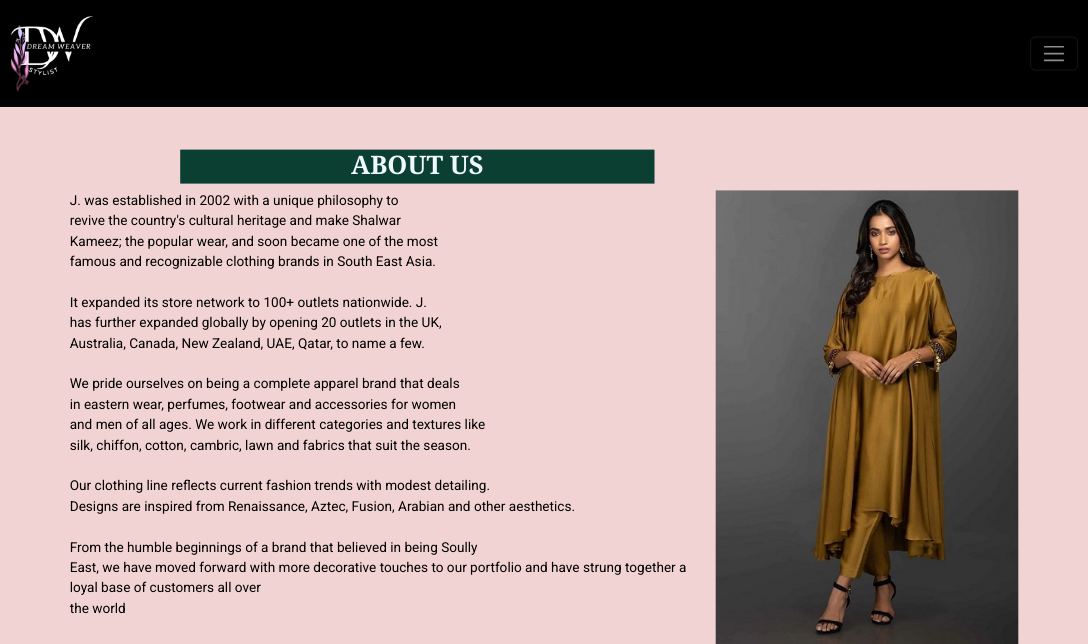
Repository: laibaashraf90/dreamweaver
Page: Source Code/detail.html
These files come from the project's save history. The page is drawn as it stood at one moment and after a run of saves; the edit follows.
The browser window is 1280 px wide. The pictures show the whole page, at 85% of full size.

Above is the page before, as saved 2022-10-29 17:24:56.
Console error: TypeError: Cannot set properties of null (setting 'innerHTML')

### Source Code/detail.html
<!DOCTYPE html>
<html lang="en">
  <head>
    <meta charset="UTF-8">
    <meta http-equiv="X-UA-Compatible" content="IE=edge">
    <meta name="viewport" content="width=device-width, initial-scale=1.0">
    <title>Document</title>
    <link rel="stylesheet" href="./bootstrap-5.2.2-dist/css/bootstrap.min.css">
    <link rel="stylesheet"
      href="https://cdnjs.cloudflare.com/ajax/libs/font-awesome/6.2.0/css/all.min.css">
    <link rel="stylesheet" href="style.css">
  </head>
  <body>
    <!-- Swiper Style start -->

    <!-- Demo styles -->
    <style>
      *{
        margin: 0;
        padding: 0;
      }
       html,

    body {
      position: relative;
      /* height: 100%; */
    }

    body {
      background: #f2d3d3;
      font-family: Helvetica Neue, Helvetica, Arial, sans-serif;
      /* font-size: 14px; */
      color: black;
      margin: 0;
      padding: 0;
    }

    .card {
      color: white;
      font-weight: bold;
      text-align: center;
    }

    .png {
      width: 100px;
      height: 100px;
      margin-bottom: 60%;
    }
 h1{
  background-color: #0B3F32;
    font-size: 30px;
    text-align: center;
    align-items: baseline;
    height: 40px;
    color: aliceblue;
    margin-top: 50px;
    margin-left: 130px;
    width: 50%;
    font-family: Cambria, Cochin, Georgia, Times, 'Times New Roman', serif;
 }
 /* .picdiv{
  background-color: #f2d3d3;
  margin-top: 60px;
  margin-left: 550px;
margin-bottom: 10px;
 } */
    </style>
    <!-- Nav Bar Start -->
    <nav></nav>
    <!-- Nav Bar End -->

    <div class="container">
      <h1>ABOUT US <br></h1>

      <div class="row">
        <div class="col-sm-8 m-0">
          <div class="m-0">J. was established in 2002 with a unique philosophy
            to<br>
            revive
            the country's cultural heritage and make
            Shalwar<br>Kameez; the popular wear, and soon became one of the most<br>famous
            and recognizable clothing
            brands in South East Asia.
            <br>
            <br>
            It expanded its store network to 100+ outlets nationwide. J.<br>has
            further expanded globally by opening 20
            outlets in the UK,<br>Australia, Canada, New Zealand, UAE, Qatar, to
            name a few.
            <br>
            <br>
            We pride ourselves on being a complete apparel brand that deals<br>in
            eastern wear, perfumes, footwear and
            accessories for women<br>and men of all ages. We work in different
            categories and textures like<br>silk,
            chiffon, cotton, cambric, lawn and fabrics that suit the season.
            <br>
            <br>
            Our clothing line reflects current fashion trends with modest
            detailing.<br>Designs are inspired from
            Renaissance, Aztec, Fusion, Arabian and other aesthetics.
            <br>
            <br>
            From the humble beginnings of a brand that believed in being Soully<br>East,
            we have moved forward with
            more decorative touches to our portfolio and have strung together a
            loyal base of customers all over<br>the
            world
          </div>
        </div>
        <div class="col-sm-4">
          <img style="width: 100%;" src="./imges/s1.jpg" alt="">
        </div>
      </div>
    </div>



    <!-- <div class="con">
      <div class="para">
        <h1>ABOUT US <br></h1>
        <h2>J. was established in 2002 with a unique philosophy to<br> revive
          the country's cultural heritage and make
          Shalwar<br>Kameez; the popular wear, and soon became one of the most<br>famous
          and recognizable clothing
          brands in South East Asia.
          <br>
          <br>
          It expanded its store network to 100+ outlets nationwide. J.<br>has
          further expanded globally by opening 20
          outlets in the UK,<br>Australia, Canada, New Zealand, UAE, Qatar, to
          name a few.
          <br>
          <br>
          We pride ourselves on being a complete apparel brand that deals<br>in
          eastern wear, perfumes, footwear and
          accessories for women<br>and men of all ages. We work in different
          categories and textures like<br>silk,
          chiffon, cotton, cambric, lawn and fabrics that suit the season.
          <br>
          <br>
          Our clothing line reflects current fashion trends with modest
          detailing.<br>Designs are inspired from
          Renaissance, Aztec, Fusion, Arabian and other aesthetics.
          <br>
          <br>
          From the humble beginnings of a brand that believed in being Soully<br>East,
          we have moved forward with
          more decorative touches to our portfolio and have strung together a
          loyal base of customers all over<br>the
          world
        </h2>
      </div>
      <div class="silk">
        <img src="./imges/s1.jpg" alt="">
      </div>
    </div> -->
    <!-- <div class="smallcard">
      <div class="div1"><img src="./imges/t1.jpg" alt=""></div>
      <div class="picdiv"><img src="./imges/t6.jpg" alt=""></div>
      <div class="div2"><img src="./imges/t2.jpg" alt=""></div>
      <div class="div3"><img src="./imges/thread.jpg" alt=""></div>
      <div class="div4"><img src="./imges/t4.jpg" alt=""></div>
      <div class="div5"><img src="./imges/t3.jpg" alt=""></div>
    </div> -->
    <!-- Footer Start -->
    <!-- <footer></footer> -->
    <!-- Footer End -->
    <script src="./bootstrap-5.2.2-dist/js/bootstrap.min.js"></script>
    <script src="js/header.js"></script>
    <script src="js/footer.js"></script>
  </body>
</html>

### Source Code/style.css
@import url('https://fonts.googleapis.com/css2?family=Roboto&display=swap');
*{
    user-select: none;
    box-sizing: border-box;
    margin: 0;
    padding: 0;
    transition: all 0.3s ease;
    text-decoration: none !important;
    font-family: 'Roboto', sans-serif;
}
html{
    scroll-behavior: smooth;
}
body{
    background-color: rgb(245, 208, 214);
}
nav{
    background-color: black !important;
}
nav .logo{
    width: 100px;
}
nav .navbar-toggler:focus{
    box-shadow: none;
}
.nav1{
    background-color: #0B3F32;
    margin-top: 50px;
    font-size: 25px;
    text-align: center;
    align-items: baseline;
    height: 40px;
    color: aliceblue;
    margin-left: 20px;
    margin-right: 20px;
    font-family: Cambria, Cochin, Georgia, Times, 'Times New Roman', serif;
}
.nav2{
    background-color: #0B3F32;
    font-size: 25px;
    text-align: center;
    align-items: baseline;
    height: 40px;
    color: aliceblue;
    margin-top: 40px;
    margin-left: 20px;
    margin-right: 20px;
    font-family: Cambria, Cochin, Georgia, Times, 'Times New Roman', serif;

}
.nav3{
    background-color: #0B3F32;
    font-size: 25px;
    text-align: center;
    align-items: baseline;
    height: 40px;
    color: aliceblue;
    margin-top: 50px;
    margin-left: 20px;
    margin-right: 20px;
    font-family: Cambria, Cochin, Georgia, Times, 'Times New Roman', serif;
}
.nav4{
    background-color: #0B3F32;
    font-size: 25px;
    text-align: center;
    align-items: baseline;
    height: 40px;
    color: aliceblue;
    margin-top: 40px;
    margin-left: 20px;
    margin-right: 20px;
    font-family: Cambria, Cochin, Georgia, Times, 'Times New Roman', serif;
}
.nav5{
    background-color: #0B3F32;
    font-size: 25px;
    text-align: center;
    align-items: baseline;
    height: 40px;
    color: aliceblue;
    margin-top: 40px;
    margin-left: 20px;
    margin-right: 20px;
    font-family: Cambria, Cochin, Georgia, Times, 'Times New Roman', serif;
}
.nav6{
    background-color: #0B3F32;
    font-size: 25px;
    text-align: center;
    align-items: baseline;
    height: 40px;
    color: aliceblue;
    margin-top: 40px;
    margin-left: 20px;
    margin-right: 20px;
    font-family: Cambria, Cochin, Georgia, Times, 'Times New Roman', serif;
}
h5{
    color: black;
    font-size: 30px;
    font-weight: bolder;
    font-family: Cambria, Cochin, Georgia, Times, 'Times New Roman', serif;

}
.BTN1{
  font-size: large;
    background-color:#0B3F32;
    font-weight: bold;
    font-family:Cambria, Cochin, Georgia, Times, 'Times New Roman', serif;
}
.BTN2{
    background-color:#0B3F32;
    font-size: large;
    font-weight: bold;
    font-family:Cambria, Cochin, Georgia, Times, 'Times New Roman', serif;
    color: white;
}
.BTN1:hover{
background-color: #0B3F32;
font-family: monospace;
}
.BTN2:hover{
    background-color: #0B3F32;
    font-family: monospace;
    font-size: large;
    font-weight: bold;
    color: white;
}
.cardsection{
    border-radius: 10px;
    background-color: white;
    background: rgba( 255, 255, 255, 0.25 );
    box-shadow: 0 8px 32px 0 rgba( 31, 38, 135, 0.37 );
    backdrop-filter: blur( 4px );
    -webkit-backdrop-filter: blur( 4px );
    border-radius: 10px;
    border: 1px solid rgba( 255, 255, 255, 0.18 );
}
.text-center{
    size: 100%;
    color:gray;
    text-align: center;
}
.star1:hover{
    color: gold;
}
.star2:hover{
    color: gold;
}
.star3:hover{
    color: gold;
}
.star4:hover{
    color: gold;
}
.star5:hover{
    color: gold;
}
.star6:hover{
    color: gold;
}
.card-title{
    text-align: center;
    font-size: 20px;
}
.text-center1{
    text-align: center;
 font-size: 30px;
 font-family: Cambria, Cochin, Georgia, Times, 'Times New Roman', serif;
}
.card-img-top {
    border-radius: 20px;
    margin-top: 5%;
}
.home{
    transition: 2s;
}
.home:hover{
transform: scale(1.2);
/*(150% zoom - Note: if the zoom is too large, it will go outside of the viewport)*/
}




.con{
    display: grid;
    grid-template-columns: 1fr 1fr ;
    grid-template-rows: 300px 300px ;
}
.silk{
    width: 50%;
    height: 600px;
    margin-top: 150px;
    margin-left: 0px;
}
h1{
    background-color: #0B3F32;
margin-top: 60px;
    text-align: center;
    font-family: Cambria, Cochin, Georgia, Times, 'Times New Roman', serif;
    font-weight: bold;
    font-size: 25px;
}
h2{
    width: 550px;
    margin-top: 60px;
    font-size: medium;
    font-weight:bold;
    font-family: Cambria, Cochin, Georgia, Times, 'Times New Roman', serif;
}
.div1{
    background-color: #0B3F32;
    width: 150px;
    height: 100px;
margin-top: 10px;
}
.div2{
    background-color: #0B3F32;
    width: 150px;
    height: 100px;
margin-top: -470px;
}
.div3{
    background-color: #0B3F32;
    width: 150px;
    height: 100px;
margin-top: 25px;
}
.div4{
    background-color: #0B3F32;
    width: 150px;
    height: 100px;
margin-top: 20px;
}
.div5{
    background-color: #0B3F32;
    width: 150px;
    height: 100px;
margin-top: 25px;
margin-bottom: 20px;
}

.pic{
background-color: #0B3F32;
width: 660%;
height: 600px;
margin-top:-600px;
margin-left:670px;
}
footer{
    background: #0B3F32 ;
}
footer .logo{
    width: 120px;
    border-radius: 10px;
    box-shadow: 0 5px 10px rgba(0, 0, 0, 0.8);
}
footer .title{
    font-size: 2.0em;
    font-weight: bold;
    color: #fff;
    text-transform: uppercase;
}
footer .desc{
    margin-left: 10px;
    text-align: justify;
    font-weight: bold;
    color: rgba(214, 214, 214, 0.705);
    font-size: 1.0em;
}
footer .linkContainer{
    display: flex;
    flex-direction: column;
    align-items: flex-start;
    justify-content: center;
}
footer .linkContainer a{
    text-decoration: none;
    text-transform: capitalize;
    color: rgba(255, 255, 255, 0.589);
    width: 100%;
    text-align: center;
    font-size: 1.2em;
    border-radius: 5px;
    box-shadow: 0 0 10px rgba(0, 0, 0, 0.3) inset;
    padding: 5px 0;
    margin: 3px 0;
}
footer .linkContainer a:hover{
    letter-spacing: 1px;
}
footer input{
    width: 100%;
    border: 2px solid #fff !important;
    box-shadow: 0 0 10px rgba(0, 0, 0, 0.2) inset !important;
    background-color: rgba(255, 255, 255, 0.253) !important;
    color: rgba(255, 255, 255, 0.8) !important;
    text-transform: lowercase !important;
    margin-bottom: 10px !important;
    padding: 5px;
    border-radius: 5px;
    outline: none;
}
footer input::placeholder{
    color: rgba(255, 255, 255, 0.6);
}
footer button{
    outline: none;
    font-size: 1.0em;
    margin-top: 0px;
    width: auto;
    border-radius: 50px;
    background-color: rgba(70, 145, 68, 0.5) !important;
    color: rgba(255, 255, 255, 0.8) !important;
    border: 2px solid #fff !important;
    padding: 5px;
}
footer .social-icons{
    color: rgba(255, 255, 255, 0.5);
    text-shadow: 0 2px 5px rgba(0, 0, 0, 0.5);
}
footer .social-icons i{
    font-size: 1.8em;
}

footer .znc{
    color: #fff;
}
.productImg{
    height: 100%;
    width: 100%;
    object-fit: cover;
}
.modPos{
    position: absolute;
    z-index: 10000;
}

### Source Code/js/header.js
document.querySelector("nav").classList.add("bfs")
document.querySelector("nav").classList.add("navbar")
document.querySelector("nav").classList.add("navbar-dark")
document.querySelector("nav").classList.add("sticky-top")
document.querySelector("nav").innerHTML=`
<div class="container-fluid">
      <a class="navbar-brand" href="">
        <img class="logo" src="./images/D.png">
      </a>
      <button class="navbar-toggler" type="button" data-bs-toggle="offcanvas" data-bs-target="#offcanvasDarkNavbar"
        aria-controls="offcanvasDarkNavbar">
        <span class="navbar-toggler-icon"></span>
      </button>
      <div class="offcanvas offcanvas-end text-bg-dark navbar-collapse" tabindex="-1" id="offcanvasDarkNavbar"
        aria-labelledby="offcanvasDarkNavbarLabel">
        <div class="offcanvas-header">
          <h5 class="offcanvas-title" id="offcanvasDarkNavbarLabel">Dark offcanvas</h5>
          <button type="button" class="btn-close btn-close-white" data-bs-dismiss="offcanvas"
            aria-label="Close"></button>
        </div>
        <div class="offcanvas-body">
          <ul class="navbar-nav justify-content-end flex-grow-1 pe-3">
            <li class="nav-item">
              <a class="nav-link active" aria-current="page" href="./index.html">Home</a>
            </li>
            <li class="nav-item">
              <a class="nav-link" href="./Orient _ Gul-Ahmed collection.html">Orient & Gul-Ahmed Women Collection</a>
            </li>


            <li class="nav-item">
              <a class="nav-link" href="./j.Asim Jofa Wedding Collection.html">J. & Asim Jofa Women Wedding
                Collection</a>
            </li>

            <li class="nav-item">
              <a class="nav-link" href="./women Jeans.html">Out Fitters & Zara's Women Jeans Collection</a>
            </li>

            <li class="nav-item">
              <a class="nav-link" href="j. mens formal_Wedding Collection.html">J.mens formal&Wedding Collection</a>
            </li>

            <li class="nav-item">
              <a class="nav-link" href="./gulahmedmens.html">Gul-Ahmed Mens Collection</a>
            </li>

            <li class="nav-item">
              <a class="nav-link" href="./mensjeans.html">Zara's Mens Shirts & Paint Collection</a>
            </li>


            <li class="nav-item">
              <a class="nav-link" href="./comparing.html">Comparing Page</a>
            </li>

            <li class="nav-item">
              <a class="nav-link" href="./detail.html">Details</a>
            </li>


            <li class="nav-item">
              <a class="nav-link" href="./contact.html">Contact</a>
            </li>

          </ul>

        </div>

`

### Source Code/js/footer.js
document.querySelector("footer").innerHTML = `
<div class="container py-5">
      <div class="row">
        <div class="col-md-4 d-flex align-items-center">
          <a href="index.html">
            <img class="logo" src="./images/D.png">
          </a>
          <p class="desc">This is Dream Weaver. We provide service of cloths.</p>
        </div>
        <div class="col-md-2">
          <h3 class="title">links</h3>
          <div class="linkContainer">
            <a href="./index.html">Home Page</a>
            <a href="./detail.html">Detail </a>
            <a href="./contact.html">ContactUs</a>
            <a href="./Comparing.html">Comparing</a>
          </div>
        </div>
        <div class="col-md-3">
          <h3 class="title">newslatter</h3>
          <form class="d-flex justify-content-center flex-column">
            <input type="email" maxlength="30" placeholder="Your Email Address" required>
            <button type="submit">SUBSCRIBE NOW</button>
          </form>
        </div>
        <div class="col-md-3 d-flex justify-content-center flex-column align-items-center">
          <h3 class="title">contact</h3>
          <p class="znc">02,shah faisal colony<br>
            3218 karachi, <br>Pakistan karachi</p>
          <div class="social-icons">
            <i class="fa-brands fa-facebook"></i>
            <i class="fa-brands fa-twitter"></i>
            <i class="fa-brands fa-instagram"></i>
            <i class="fa-brands fa-whatsapp"></i>
          </div>
        </div>
      </div>
    </div>
`

Loaded but not shown: Source Code/bootstrap-5.2.2-dist/css/bootstrap.min.css (library); Source Code/bootstrap-5.2.2-dist/js/bootstrap.min.js (library)

After the next 4 saves:
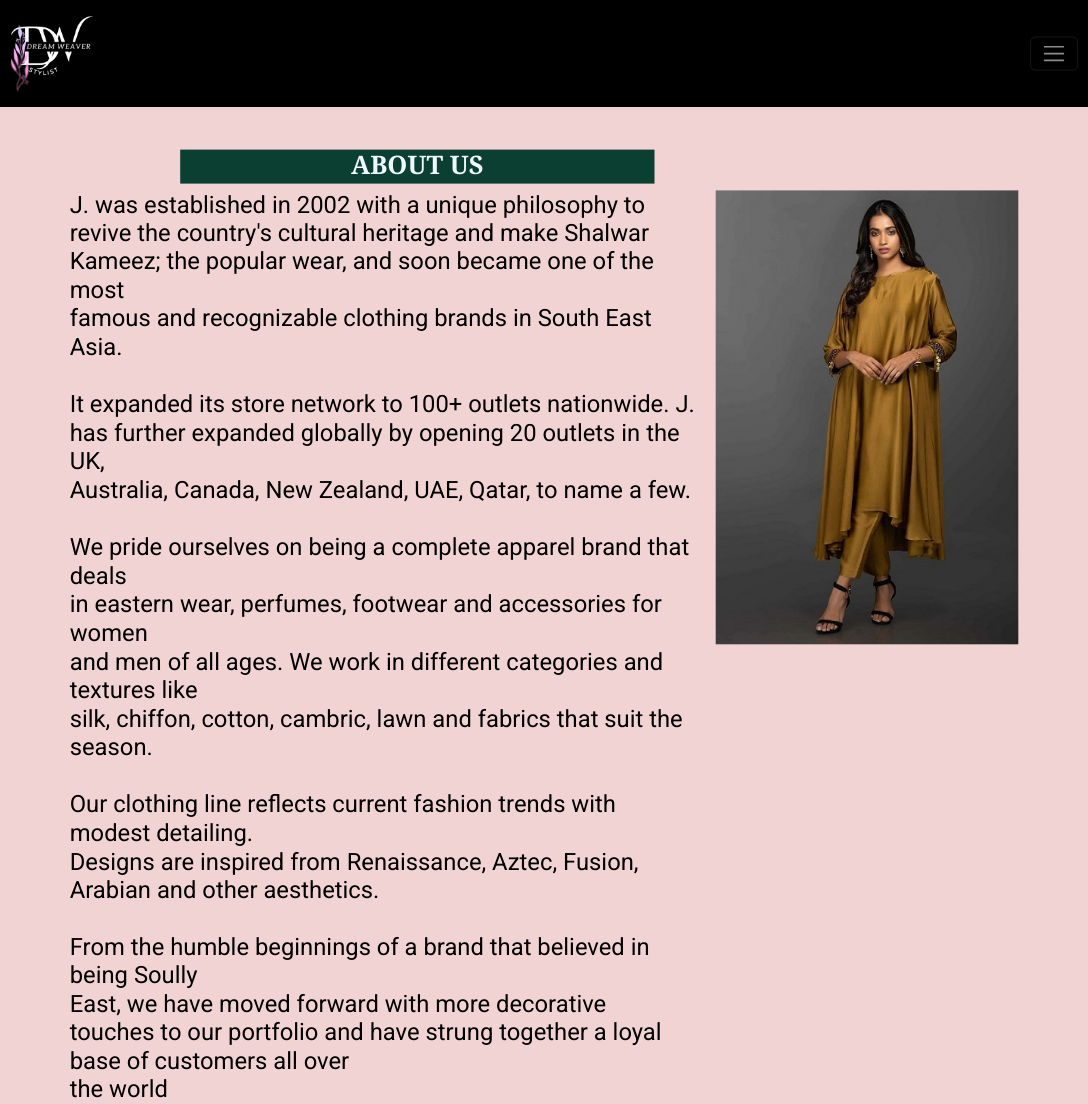
The 4 saves are shown as one change because they came seconds apart.
The last was saved 15 s later.
--- a/Source Code/detail.html
+++ b/Source Code/detail.html
@@ -74,8 +74,7 @@
 
       <div class="row">
         <div class="col-sm-8 m-0">
-          <div class="m-0">J. was established in 2002 with a unique philosophy
-            to<br>
+          <h3 class="m-0">J. was established in 2002 with a unique philosophy to<br>
             revive
             the country's cultural heritage and make
             Shalwar<br>Kameez; the popular wear, and soon became one of the most<br>famous
@@ -106,7 +105,7 @@
             more decorative touches to our portfolio and have strung together a
             loyal base of customers all over<br>the
             world
-          </div>
+          </h3>
         </div>
         <div class="col-sm-4">
           <img style="width: 100%;" src="./imges/s1.jpg" alt="">

After the 4 saves that followed:
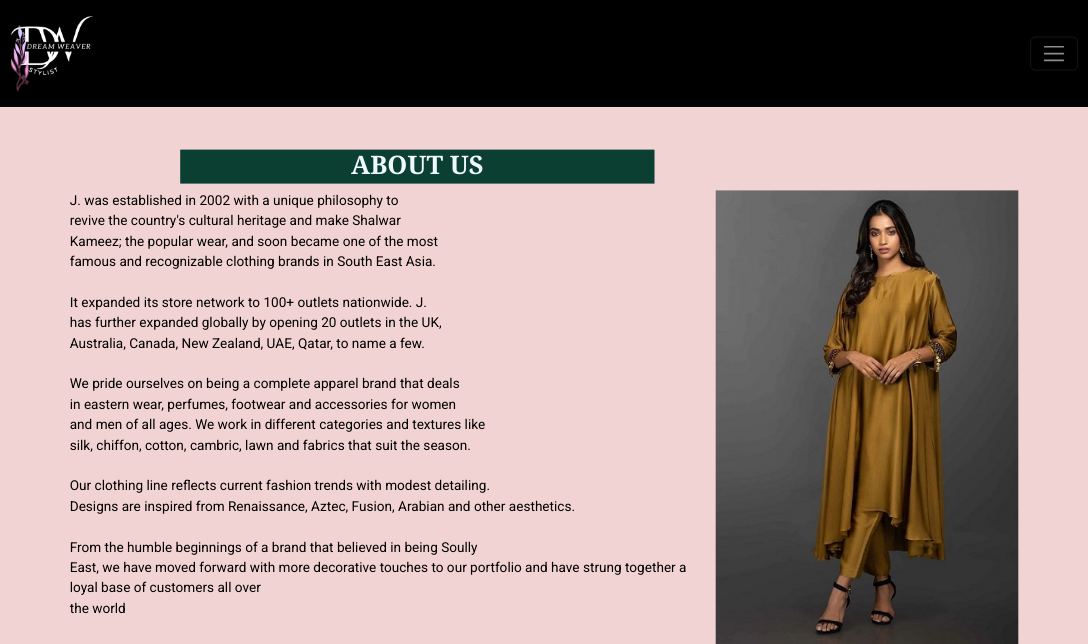
The 4 saves are shown as one change because they came seconds apart.
The last was saved 21 s later.
--- a/Source Code/detail.html
+++ b/Source Code/detail.html
@@ -74,7 +74,7 @@
 
       <div class="row">
         <div class="col-sm-8 m-0">
-          <h3 class="m-0">J. was established in 2002 with a unique philosophy to<br>
+          <p class="m-0">J. was established in 2002 with a unique philosophy to<br>
             revive
             the country's cultural heritage and make
             Shalwar<br>Kameez; the popular wear, and soon became one of the most<br>famous
